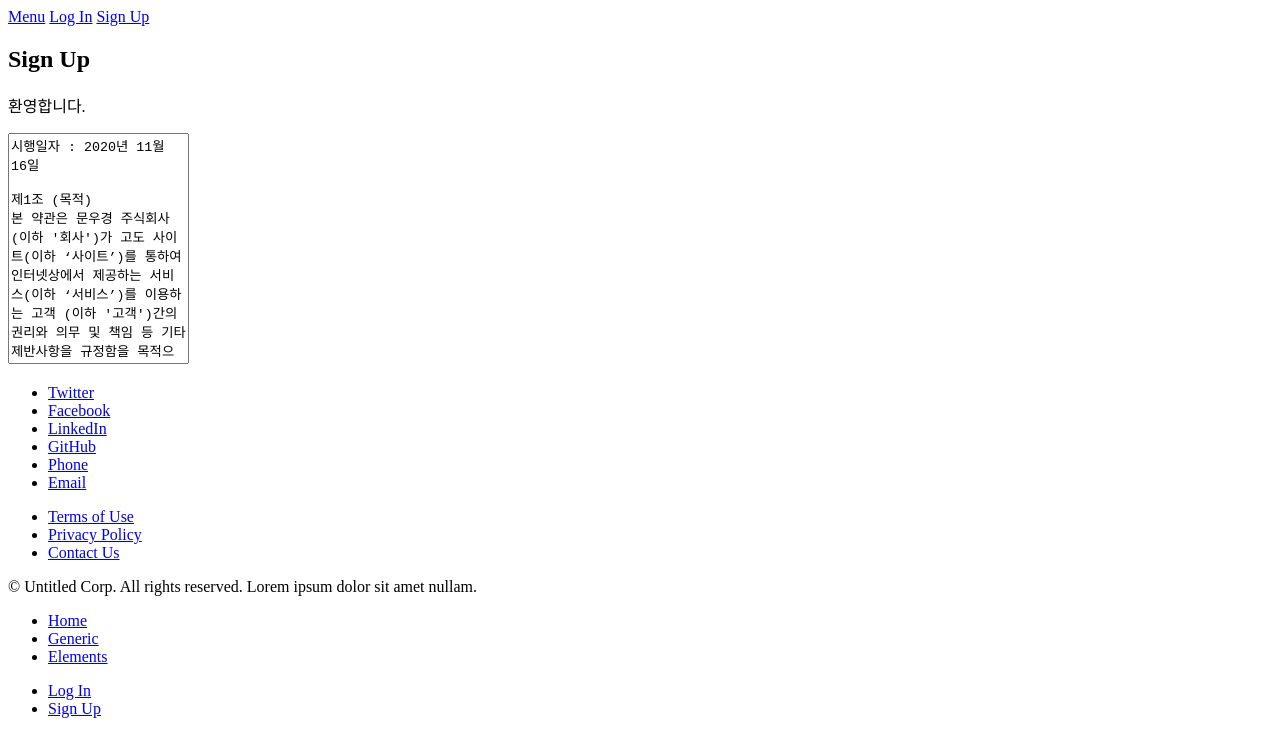
Repository: WKMoon/JavaScript-Project
Page: myFront/WebContent/agreement.html
These files come from the project's save history. The page is drawn as it stood at one moment and after the next save; the edit follows.
The browser window is 1280 px wide. The pictures show the whole page.

Above is the page before, as saved 2021-02-25 07:01:33.

After the next save:
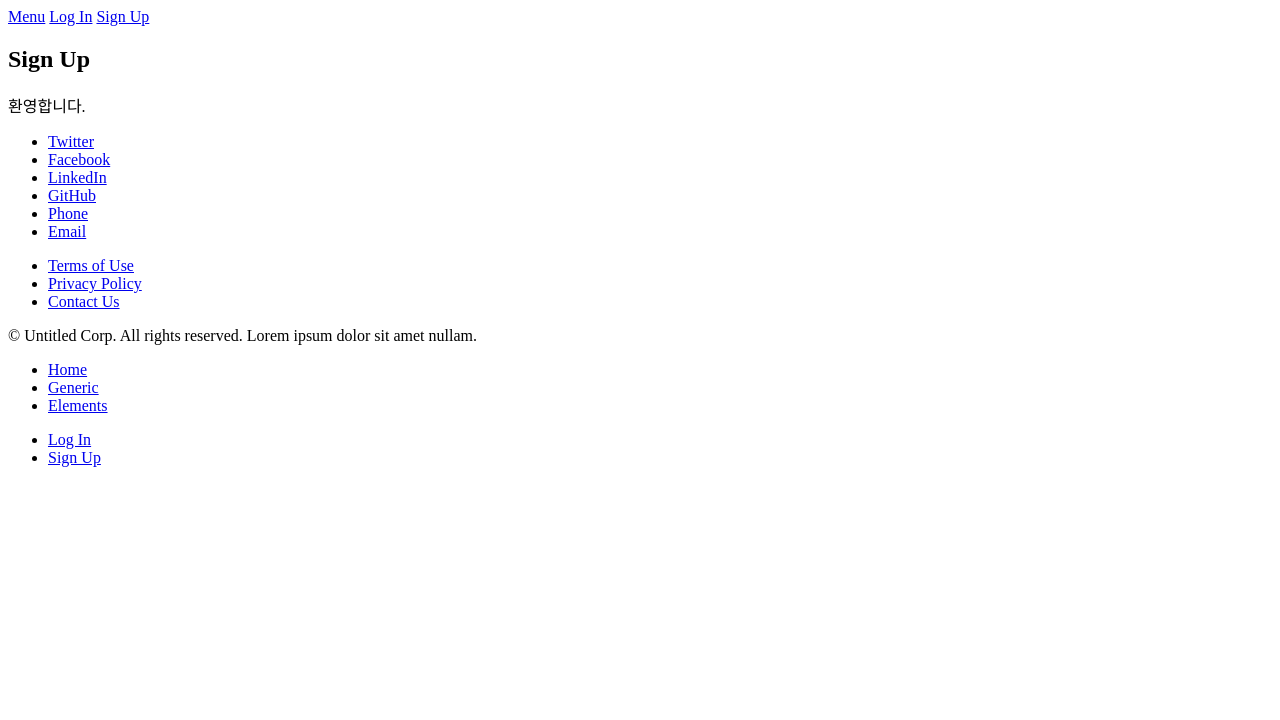
Saved 30 s later.
--- a/myFront/WebContent/agreement.html
+++ b/myFront/WebContent/agreement.html
@@ -39,110 +39,7 @@
 
 					<!-- Content -->
 						<div class="content">
-							<textarea name="term" id="term" rows="15" style="resize:none;  height:100%;" readonly>시행일자 : 2020년 11월 16일
 
-제1조 (목적)
-본 약관은 문우경 주식회사(이하 '회사')가 고도 사이트(이하 ‘사이트’)를 통하여 인터넷상에서 제공하는 서비스(이하 ‘서비스’)를 이용하는 고객 (이하 '고객')간의 권리와 의무 및 책임 등 기타 제반사항을 규정함을 목적으로 합니다.
-
-제2조 (용어의 정의)
-이 약관에서 사용하는 용어의 정의는 다음과 같습니다.
-가. '회원'이라 함은 이 약관에 동의하고 회원가입을 통하여 이용자ID(고유번호)와 비밀번호를 발급받은 자로서, 회사가 제공하는 서비스를 이용할 수 있는 이용자를 말합니다.
-나. '이용자ID'라 함은 회원의 식별 및 서비스 이용을 위하여 회원의 신청에 따라 회사가 회원 별로 부여하는 고유한 문자와 숫자의 조합을 말합니다.
-다. '비밀번호'라 함은 이용자ID로 식별되는 회원의 본인 여부를 검증하기 위하여 회원이 설정하여 회사에 등록한 고유의 문자와 숫자의 조합을 말합니다.
-라. ‘로그인’이라 함은 이용자ID와 비밀번호를 통하여 서비스 신청 및 사용 중 서비스의 세부정보를 확인할 수 있는 행위를 말합니다.
-마. '탈퇴'라 함은 회원이 서비스 이용을 해지하는 것을 말합니다.
-바. ‘휴면ID’ 라 함은 회사에서 정한 일정 기간 동안 사이트 접속 및 미 로그인 시 고객의 정보 악용방지를 위하여 보호되는 계정입니다.
-이 약관에서 사용하는 용어 중 제1항에서 정하지 아니한 것은 관계 법령 및 서비스 별 안내에서 정하는 바에 따르며, 그 외에는 일반 관례에 따릅니다.
-
-제3조 (이용약관의 효력 및 개정)
-1. 이 약관은 사이트를 통해 온라인으로 공시하고 회원의 동의로 효력을 발생합니다. 본 약관의 공시는 사이트에 게시하는 방법으로 합니다.
-2. 회사는 합리적인 사유가 발생할 경우 관련 법령에 위배되지 않는 범위 내에서 약관을 개정할 수 있습니다. 개정된 약관은 사이트를 통해 공지하거나 기타의 방법으로 회원에게 공지함으로써 그 효력이 발생하며, 이용자의 권리 또는 의무에 관한 변경은 최소한 7일 전에 공지합니다.
-3. 변경된 약관에 대한 정보를 알지 못해 발생하는 회원의 피해는 회사에서 책임지지 않습니다.
-4. 회원은 변경된 약관에 동의하지 않을 경우 서비스 이용을 중단하고 회원 탈퇴를 요청할 수 있습니다. 단, 이의가 있음에도 불구하고 제 2항에서 정한 바에 따른 회사의 고지가 있은 후 30일 이내에 이용계약을 하지 않은 회원은 변경된 약관에 동의한 것으로 간주합니다.
-
-제4조 (약관외 준칙)
-회사는 필요한 경우 기타 유ㆍ무료 서비스 내의 운영원칙 또는 개별약관(이하 '서비스 별 약관'이라 합니다)를 정할 수 있으며, 본 약관과 서비스 별 약관의 내용이 상충되는 경우에는 서비스 별 약관의 내용을 우선하여 적용합니다.
-
-제5조 (회원 가입)
-1. 이 약관의 동의는 회원가입 당시 절차 상의 이용약관 및 개인정보처리방침에 동의한다는 의사표시와 함께 회사가 요청하는 정보를 제공하여 회원가입 신청을 완료함으로써 이루어집니다.
-2. 회원으로 가입하여 서비스를 이용하고자 하는 이용자는 회사에서 요청하는 제반 정보(개인정보처리방침 제 1항 ‘수집하는 개인정보의 항목’)를 제공하여야 합니다.
-3. 회원은 반드시 회원 본인의 정보를 제공하여야만 서비스를 이용할 수 있으며, 타인의 정보를 도용하거나 허위의 정보를 등록하는 등 본인의 정확한 정보를 등록하지 않은 회원은 서비스 이용과 관련하여 아무런 권리를 주장할 수 없으며, 관계 법령에 따라 처벌 받을 수 있습니다. 또한 제 3자에게 야기한 손해를 배상할 책임이 있으며, 회사는 허위의 정보를 기재한 회원의 서비스 이용 자격을 제한할 수 있습니다.
-
-제6조 (개인정보의 보호 및 사용)
-1. 회사는 관계 법령이 정하는 바에 따라 회원의 개인정보를 보호하기 위해 노력합니다. 개인정보의 보호 및 사용에 관해서는 관계 법령 및 회사의 개인정보처리방침에 정한 바에 의합니다. 단, 회원은 이용자ID 및 비밀번호 등이 타인에게 노출되지 않도록 철저히 관리해야 하며 회사는 회원의 귀책사유로 인해 노출된 정보에 대해서 책임을 지지 않습니다.
-2. 회사는 고객이 제공하는 개인정보를 본 서비스 이외의 목적을 위하여 사용할 수 없습니다.
-3. 회사는 고객이 제공한 개인정보를 고객의 사전 동의 없이 제 3자에게 제공할 수 없습니다. 단, 다음 각 호에 해당하는 경우에는 예외로 합니다.
-가. 도메인이름 검색서비스를 제공하는 경우
-나. 전기통신기본법 등 관계법령에 의하여 국가기관의 요청이나 범죄에 대한 수사상의 목적이 있거나 정보통신윤리위원회의 요청이 있는 경우
-다. 통계작성, 홍보자료, 시장조사를 위하여 필요한 경우로서 특정 고객임을 식별할 수 없는 형태로 제공되는 경우
-
-제7조 (회원에 대한 통지 및 정보제공)
-1. 회사가 회원에 대하여 통지하는 경우 회원이 회사에 등록한 전자우편 주소나 휴대전화번호, 유선전화번호로 할 수 있습니다.
-2. 회사는 불특정다수 회원에게 통지를 해야 할 경우 고도 공지게시판을 통해 7일 이상 게시함으로써 개별 통지에 갈음할 수 있습니다.
-3. 회사는 회원에게 서비스 이용에 필요가 있다고 인정되는 각종 정보에 대해서 전자우편이나 서신, 우편, SMS, 전화 등의 방법으로 회원에게 제공할 수 있습니다.
-4. 회사는 서비스 개선 및 회원 대상의 서비스 소개 등의 목적으로 회원의 동의 하에 관련 법령에 따라 추가적인 개인 정보를 수집할 수 있습니다.
-
-제8조(서비스의 이용 시간 및 중단)
-1. 서비스 이용은 회사의 업무상 또는 기술상 특별한 지장이 없는 한 연중무휴, 1일 24시간 운영을 원칙으로 합니다. 단, 회사는 시스템 정기점검, 증설 및 교체를 위해 회사가 정한 날이나 시간에 서비스를 일시 중단할 수 있으며, 예정되어 있는 작업으로 인한 서비스 일시 중단은 고도를 통해 사전에 사이트를 통하여 공지합니다.
-2. 회사는 긴급한 시스템 점검, 증설 및 교체, 설비의 장애, 서비스 이용의 폭주, 국가비상사태, 정전 등 부득이한 사유가 발생한 경우 사전 예고 없이 일시적으로 서비스의 전부 또는 일부를 중단할 수 있습니다.
-3. 회사는 서비스 개편 등 서비스 운영 상 필요한 경우 전부 또는 일부 서비스의 제공을 중단할 수 있으며 회원에게 사전 예고 또는 사후 통보 합니다.
-
-제9조 (회사의 의무)
-1. 회사는 본 약관이 정하는 바에 따라 지속적이고 안정적인 서비스를 제공하기 위해서 노력합니다.
-2. 회사는 회원의 개인정보 보호를 위해 보안 시스템을 구축하며 개인정보 처리방침을 공시하고 준수합니다.
-3. 회사는 공정하고 건전한 운영을 위해 최선을 다하고 지속적인 연구개발을 통하여 양질의 서비스를 제공함으로써 고객만족을 극대화하여 인터넷 사업 발전에 기여합니다.
-4. 회사는 회원으로부터 제기되는 의견이나 불편사항이 정당하다고 객관적으로 인정될 경우에는 적절한 절차를 통해 즉시 처리하여야 합니다. 다만, 신속한 처리가 곤란한 경우는 회원에게 그 사유와 처리일정을 통보하여야 합니다.
-
-제10조 (회원의 의무)
-1. 회원은 회원가입 신청 또는 회원정보 변경 시 모든 사항을 사실에 근거하여 본인의 실제 정보로 작성하여야 하며, 허위 또는 타인의 정보를 등록할 경우 이와 관련된 모든 권리를 주장할 수 없습니다.
-2. 회원은 본 약관에서 규정하는 사항과 기타 회사가 정한 제반 규정, 공지사항 등 회사가 공지하는 사항 및 관계 법령을 준수하여야 하며, 기타 회사의 업무에 방해가 되는 행위, 회사의 명예를 손상시키는 행위, 타인에게 피해를 주는 행위를 해서는 안됩니다.
-3. 회원은 주소, 연락처, 전자우편 주소 등 회원의 이용정보가 변경된 경우에 해당 절차를 거쳐 이를 회사에 즉시 알려야 합니다.
-4. 회원은 회원ID, 비밀번호 등이 타인에게 노출되지 않도록 철저한 관리 책임이 있습니다.
-5. 회원은 회원ID, 비밀번호 등이 도난 당하거나 제 3자가 사용하고 있음을 인지한 경우에는 즉시 회사에 통보하고 회사의 안내가 있는 경우에는 그에 따라야 합니다.
-6. 회사는 회원의 상기 제1항, 제 2항, 제 3항, 제 4항, 제 5항을 위반하여 회원에게 발생한 손해에 대하여 어떠한 책임도 부담하지 않습니다.
-
-제11조 (회원 탈퇴 및 자격 상실)
-1. 회원은 회사에 언제든지 회원 탈퇴를 요청할 수 있으며 회사는 요청을 받은 즉시 해당 회원의 회원 탈퇴를 위한 절차를 밟아 고도 개인정보처리방침에 따라 회원 등록을 말소합니다.
-2. 회사의 모든 서비스에서 이용중인 서비스의 기간이 남아있는 회원이 탈퇴 요청하였을 경우 회원탈퇴로 인한 서비스의 중지 또는 피해는 회원탈퇴 이용자에게 있습니다.
-3. 회원이 서비스 이용에 있어서 본 약관 제 10조 내용을 위반하거나, 다음 각 호의 사유에 해당하는 경우 회사는 직권으로 회원자격 상실 및 회원탈퇴의 조치를 할 수 있습니다.
-가. 다른 사람의 명의를 사용하여 가입 신청한 경우
-나. 신청 시 필수 작성 사항을 허위로 기재한 경우
-다. 관계법령의 위반을 목적으로 신청하거나 그러한 행위를 하는 경우
-라. 사회의 안녕질서 또는 미풍양속을 저해할 목적으로 신청하거나 그러한 행위를 하는 경우
-마. 다른 사람의 회사 서비스 이용을 방해하거나 그 정보를 도용하는 등 전자거래질서를 위협하는 경우
-바. 관계 법령 위배와 본 약관이 금지하는 행위를 하는 회원 경우
-4. 회사가 직권으로 회원탈퇴 처리를 하고자 하는 경우에는 말소 전에 회원에게 소명의 기회를 부여합니다.
-
-제12조 (휴면ID 관리)
-1. 회사는 서비스 미 이용 및 1년 이상 사이트 로그인을 하지 않은 경우 해당 이용자ID 및 개인정보를 휴면ID로 별도 관리합니다.
-2. 회사는 휴면ID 대상 회원에게 전환 30일 전에 고지의 의무를 다 해야 하며, 휴면ID를 이용하여 사이트 로그인 시도 시 회원가입 당시 요청한 제반 정보 확인 후 바로 이용자 ID로 전환이 이루어집니다.
-
-제13조 (손해배상)
-1. 회사는 서비스에서 무료로 제공하는 서비스의 이용과 관련하여 개인정보보호정책에서 정하는 내용에 해당하지 않는 사항에 대하여 어떠한 손해도 책임을 지지 않습니다.
-
-제14조 (면책조항)
-1. 회사는 천재지변, 전쟁, 기간통신사업자의 서비스 중지 및 기타 이에 준하는 불가항력으로 인하여 서비스를 제공할 수 없는 경우에는 서비스 제공에 대한 책임 지지 않습니다.
-2. 회사는 서비스용 설비의 보수, 교체, 정기점검, 공사 등 부득이한 사유로 발생한 손해에 대한 책임이 면제됩니다.
-3. 회사는 회원이 서비스에 게재한 정보, 자료, 사실의 정확성, 신뢰성 등 그 내용에 관하여는 어떠한 책임을 부담하지 아니하고, 회원은 자기의 책임아래 서비스를 이용하며, 서비스를 이용하여 게시 또는 전송한 자료 등에 관하여 손해가 발생하거나 자료의 취사선택, 기타 서비스 이용과 관련하여 어떠한 불이익이 발생하더라도 이에 대한 모든 책임은 회원에게 있습니다.
-4. 회사가 제공하는 정보와 자료는 거래의 목적으로 이용될 수 없습니다. 따라서 본 서비스의 정보와 자료 등에 근거한 거래는 전적으로 회원자신의 책임과 판단아래 수행되는 것이며, 회사는 회원이 서비스의 이용과 관련하여 기대하는 이익에 관하여 책임을 부담하지 않습니다.
-5. 회사는 회원이 서비스를 이용하여 기대하는 수익을 얻지 못하거나 상실한 것에 대하여 책임을 지지 않으며, 서비스를 이용하면서 얻은 자료로 인한 손해에 대하여 책임을 지지 않습니다.
-6. 회사는 회원의 게시물을 등록 전에 사전심사 하거나 상시적으로 게시물의 내용을 확인 또는 검토하여야 할 의무가 없으며, 그 결과에 대한 책임을 지지 아니합니다.
-
-제15조 (약관의 해석 및 관할법원)
-1. 본 약관에 명시되지 않은 사항은 관계 법령과 상관례에 따릅니다.
-2. 회사의 개별 유ㆍ무료 서비스 이용 회원의 경우 당해 서비스와 관련하여서는 회사가 별도로 정한 약관 및 정책에 따릅니다.
-3. 회원과 회사 사이에 발생한 분쟁에 대해 소송이 제기되는 경우 관할 법원은 서울중앙지방법원으로 합니다.
-
-제16조 (재판관할 및 준거법)
-1. 이 약관에 명시되지 않은 사항은 전기통신사업법 등 대한민국의 관계법령과 상관습에 따릅니다.
-2. 회사의 정액 서비스 회원 및 기타 유료 서비스 이용 회원의 경우 당해 서비스와 관련하여서는 회사가 별도로 정한 약관 및 정책에 따릅니다.
-3. 이 약관 및 서비스의 이용과 관련된 분쟁에 관한 소송은 회사의 본사 소재지를 관할하는 법원에 제기합니다.
-
-
-부칙 (시행일)
-본 약관은 2020년 11월 16일부터 적용하고, 2016년 5월 2일부터 시행되던 종전의 약관은 본 약관으로 대체합니다.
-
-												</textarea>
 						</div>
 
 				</div>
